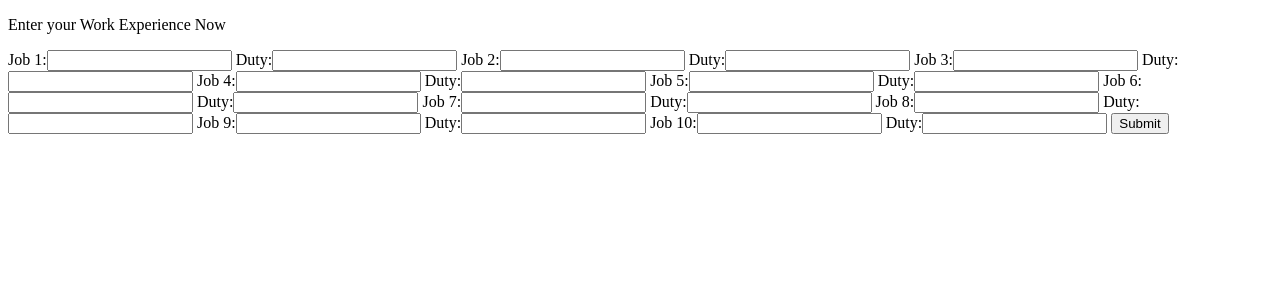
Repository: henokkeleta/SpringIt2
Page: http://localhost/WeekFour/WorkExperience_1.jsp
These files come from the project's save history. The page is drawn as it stood at one moment and after the next save; the edit follows.
The browser window is 1280 px wide. The pictures show the whole page.
The page is served by Tomcat 9. Other server files are loaded and not shown.

Above is the page before, as saved 2017-06-16 16:50:01.

### WeekFour/WebContent/WorkExperience_1.jsp
<%@ page language="java" contentType="text/html; charset=UTF-8"
    pageEncoding="UTF-8"%>
<!DOCTYPE html PUBLIC "-//W3C//DTD HTML 4.01 Transitional//EN" "http://www.w3.org/TR/html4/loose.dtd">
<html>
<head>
<meta http-equiv="Content-Type" content="text/html; charset=UTF-8">
<title>Insert title here</title>
</head>
<body>
<p>Enter your Work Experience Now</p>
<form action = "WorkExperience.jsp" method = "post">
Job 1:<input type = "text" name = "Job1" >
Duty:<input type = "text" name = "Duty" >
Job 2:<input type = "text" name = "Job2" >
Duty:<input type = "text" name = "Duty" >
Job 3:<input type = "text" name = "Job3" >
Duty:<input type = "text" name = "Duty" >
Job 4:<input type = "text" name = "Job4" >
Duty:<input type = "text" name = "Duty" >
Job 5:<input type = "text" name = "Job5" >
Duty:<input type = "text" name = "Duty" >
Job 6:<input type = "text" name = "Job6" >
Duty:<input type = "text" name = "Duty" >
Job 7:<input type = "text" name = "Job7" >
Duty:<input type = "text" name = "Duty" >
Job 8:<input type = "text" name = "Job8" >
Duty:<input type = "text" name = "Duty" >
Job 9:<input type = "text" name = "Job9" >
Duty:<input type = "text" name = "Duty" >
Job 10:<input type = "text" name = "Job10" >
Duty:<input type = "text" name = "Duty" >

<input type = "Submit" value = "Submit">
</form>
</body>
</html>

After the next save:
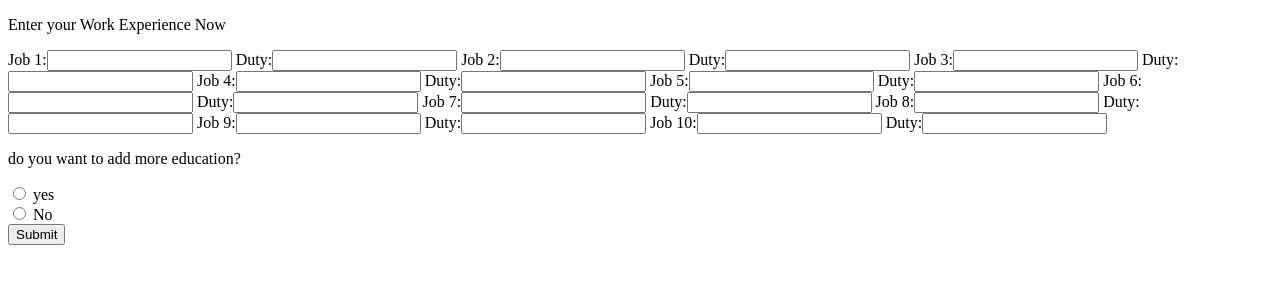
Saved 65 s later.
--- a/WeekFour/WebContent/WorkExperience_1.jsp
+++ b/WeekFour/WebContent/WorkExperience_1.jsp
@@ -29,7 +29,10 @@ Job 9:<input type = "text" name = "Job9" >
 Duty:<input type = "text" name = "Duty" >
 Job 10:<input type = "text" name = "Job10" >
 Duty:<input type = "text" name = "Duty" >
+<p> do you want to add more education?</p>
 
+  <input type="radio" name="more" value="yes"> yes<br>
+  <input type="radio" name="more" value="no"> No<br>
 <input type = "Submit" value = "Submit">
 </form>
 </body>
